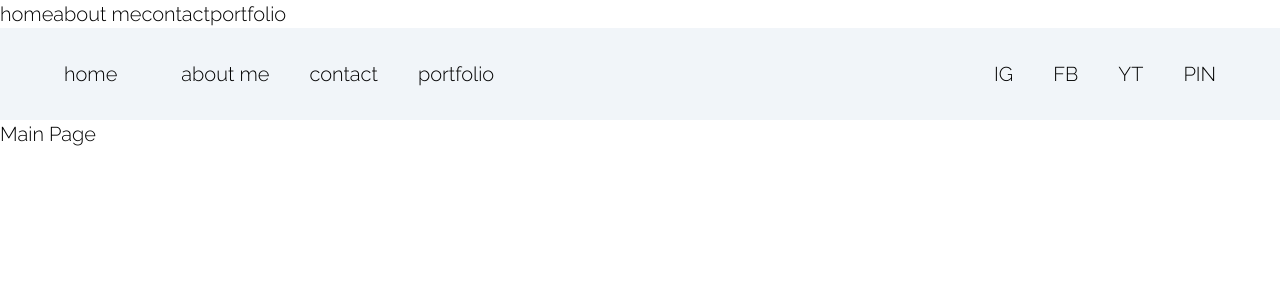
Repository: hubertrh/klaudia-personal-next
Page: /
These files come from the project's save history. The page is drawn as it stood at one moment and after the next save; the edit follows.
The browser window is 1280 px wide. The pictures show the whole page.
The project was rebuilt for these pictures with package versions that can differ from the ones it lists, and the page was loaded fresh each time. The framework's server and built-in components were replaced by stand-ins that run in the browser. Also part of the build but not shown: next.config.js.

Above is the page before, as saved 2023-08-11 13:46:28.

### app/layout.tsx
import './globals.css';
import type { Metadata } from 'next';
import { Inter } from 'next/font/google';
import Link from 'next/link';

const inter = Inter({ subsets: ['latin'] });

export const metadata: Metadata = {
  title: 'Klaudia Rogala-Haracz',
  description: 'Portrait and reportage photography. Based in London.',
};

export default function RootLayout({
  children,
}: {
  children: React.ReactNode;
}) {
  return (
    <html lang="en">
      <body className={inter.className}>
        <header>
          <nav>
            <Link href="#!">home</Link>
            <Link href="#!">about me</Link>
            <Link href="#!">contact</Link>
            <Link href="#!">portfolio</Link>
          </nav>
          <div></div>
        </header>
        {children}
      </body>
    </html>
  );
}

### app/(site)/layout.tsx
import '../globals.css';
import type { Metadata } from 'next';
import { Raleway } from 'next/font/google';
import Link from 'next/link';

const raleway = Raleway({ weight: '300', subsets: ['latin'] });

export const metadata: Metadata = {
  title: 'Klaudia Rogala-Haracz',
  description: 'Portrait and reportage photography. Based in London.',
};

export default function RootLayout({
  children,
}: {
  children: React.ReactNode;
}) {
  return (
    <html lang="en">
      <body className={`${raleway.className} text-xl`}>
        <header className="flex justify-between bg-slate-100 px-16 py-8">
          <nav>
            <Link className="nav-link !pr-16" href="#!">
              home
            </Link>
            <Link className="nav-link" href="#!">
              about me
            </Link>
            <Link className="nav-link" href="#!">
              contact
            </Link>
            <Link className="nav-link" href="/portfolio">
              portfolio
            </Link>
          </nav>
          <div>
            <Link
              className="social-icon"
              href="https://www.instagram.com/_klaudiarogala/"
            >
              IG
            </Link>
            <Link
              className="social-icon"
              href="https://www.facebook.com/klaudiarogalaphotographer/"
            >
              FB
            </Link>
            <Link
              className="social-icon"
              href="https://www.youtube.com/channel/UCyVfMWp16X_wYCG9213YOQw/"
            >
              YT
            </Link>
            <Link
              className="social-icon"
              href="https://www.pinterest.com/zuzannnnaa/"
            >
              PIN
            </Link>
            {/* <a class="lang-btn" href="/pl/index.html"><img src="/icons/flag-pl.svg" /></a> */}
          </div>
        </header>
        {children}
      </body>
    </html>
  );
}

### app/(site)/page.tsx
export default function Home() {
  return <div>Main Page</div>;
}

### app/globals.css
@tailwind base;
@tailwind components;
@tailwind utilities;

:root {
  --foreground-rgb: 0, 0, 0;
  --background-rgb: 255, 255, 255;
}

body {
  color: rgb(var(--foreground-rgb));
  background: rgb(var(--background-end-rgb));
}

.nav-link {
  @apply pr-10;
}

.social-icon {
  @apply pl-10;
}

Loaded but not shown: tailwind.config.js (common file)

After the next save:
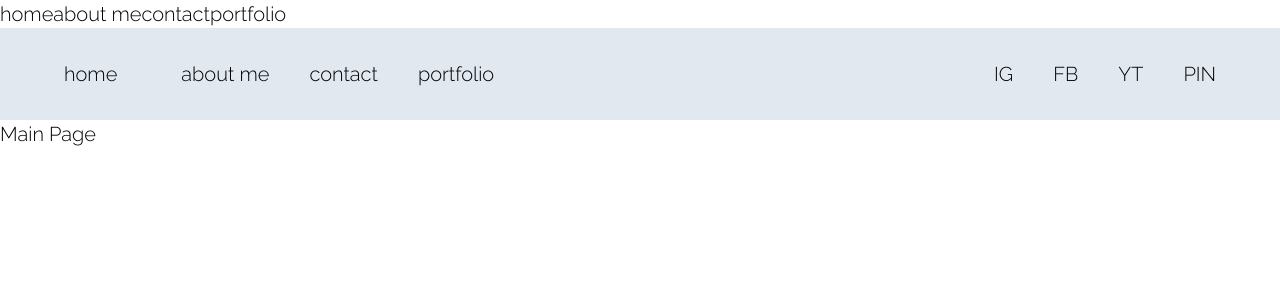
Saved 6 s later.
--- a/app/(site)/layout.tsx
+++ b/app/(site)/layout.tsx
@@ -18,7 +18,7 @@ export default function RootLayout({
   return (
     <html lang="en">
       <body className={`${raleway.className} text-xl`}>
-        <header className="flex justify-between bg-slate-100 px-16 py-8">
+        <header className="flex justify-between bg-slate-200 px-16 py-8">
           <nav>
             <Link className="nav-link !pr-16" href="#!">
               home
